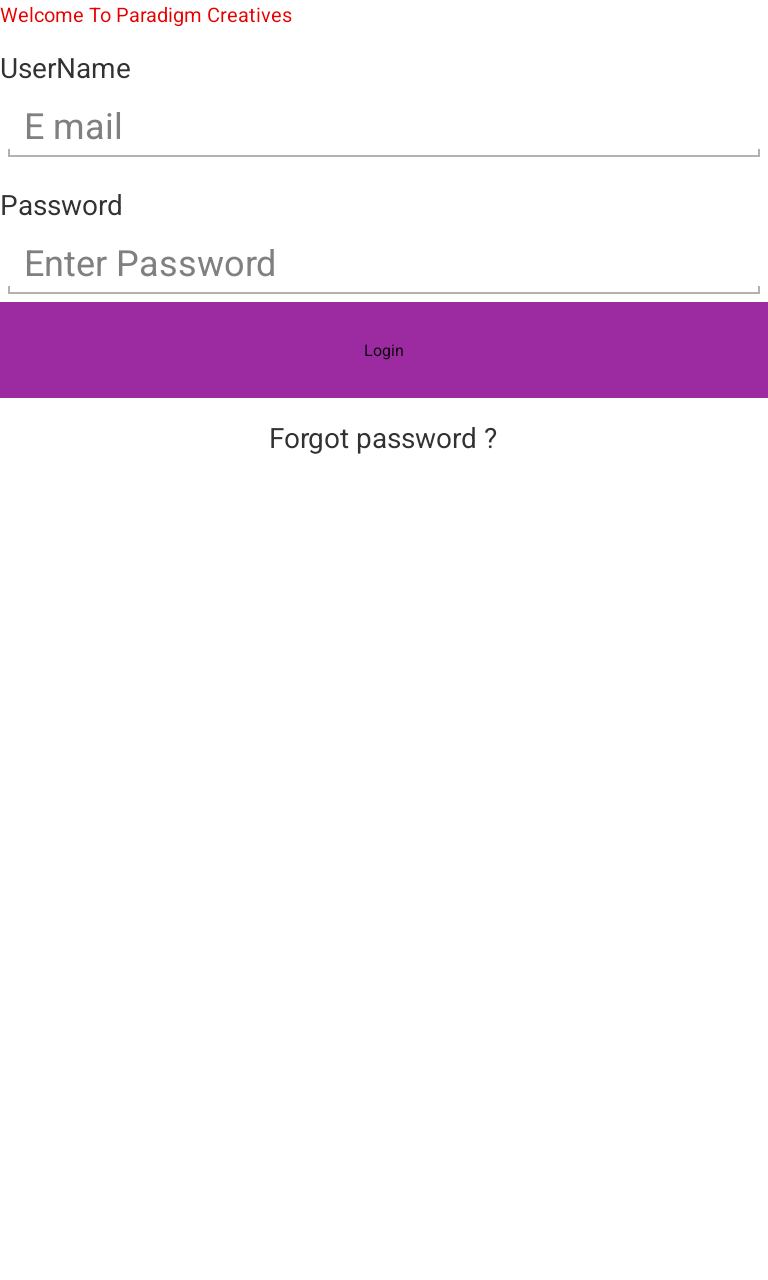
Repository: harishkumar93/harish_AndroidTraining2014
Layout: Exam/WeatherReport/res/layout/login.xml
The author's editor kept a copy of each file at every save. The layout is drawn from the files as they stood at one save, then again after the next save.
It is drawn on a 768 x 1280 px phone screen (xhdpi) without system bars, with theme AppTheme; the app's code is not run.

Above is the layout before, as saved 2014-10-06 10:13:48.

### Exam/WeatherReport/res/layout/login.xml
<?xml version="1.0" encoding="utf-8"?>
<LinearLayout xmlns:android="http://schemas.android.com/apk/res/android"
    android:layout_width="match_parent"
    android:layout_height="match_parent"
    android:orientation="vertical" >

    <TextView android:layout_width="match_parent"
        android:layout_height="wrap_content"
        android:text="@string/title_txt"
        android:textSize="10sp"
        android:textColor="#E60000"/>

    <TextView android:layout_width="wrap_content"
        android:layout_height="wrap_content"
        android:text="@string/userName_txt"
        android:layout_marginTop="10dp" />

    <EditText android:layout_width="match_parent"
        android:layout_height="wrap_content"
        android:id="@+id/username_edt"
        android:hint="@string/userName_hint"/>

     <TextView android:layout_width="wrap_content"
        android:layout_height="wrap_content"
        android:text="@string/passWord_txt"
        android:layout_marginTop="10dp" />

    <EditText android:layout_width="match_parent"
        android:layout_height="wrap_content"
        android:id="@+id/password_edt"
        android:hint="@string/passWord_hint"/>

    <Button android:layout_width="match_parent"
        android:layout_height="wrap_content"
        android:id="@+id/login_btn"
        android:text="@string/login_txt"
        android:background="#9C2AA0"
        android:textSize="8dp"/>

    <TextView android:layout_width="wrap_content"
        android:layout_height="wrap_content"
        android:text="@string/forgot_txt"
        android:layout_marginTop="10dp"
        android:layout_gravity="center"/>





</LinearLayout>

### Exam/WeatherReport/res/values/strings.xml
<resources>

    <string name="app_name">WeatherReport</string>
    <string name="cityName_hint">Enter City Name</string>
    <string name="cityName_txt">City Name :</string>
    <string name="userName_txt">UserName</string>
    <string name="userName_hint">E mail</string>
    <string name="passWord_txt">Password</string>
    <string name="forgot_txt">Forgot password ?</string>
    <string name="login_txt">Login</string>
    <string name="passWord_hint">Enter Password</string>
    <string name="title_txt">Welcome To Paradigm Creatives</string>


</resources>

Loaded but not shown: Exam/WeatherReport/res/values/styles.xml (common file); Exam/WeatherReport/res/values-v11/styles.xml (common file); Exam/WeatherReport/res/values-v14/styles.xml (common file)

After the next save:
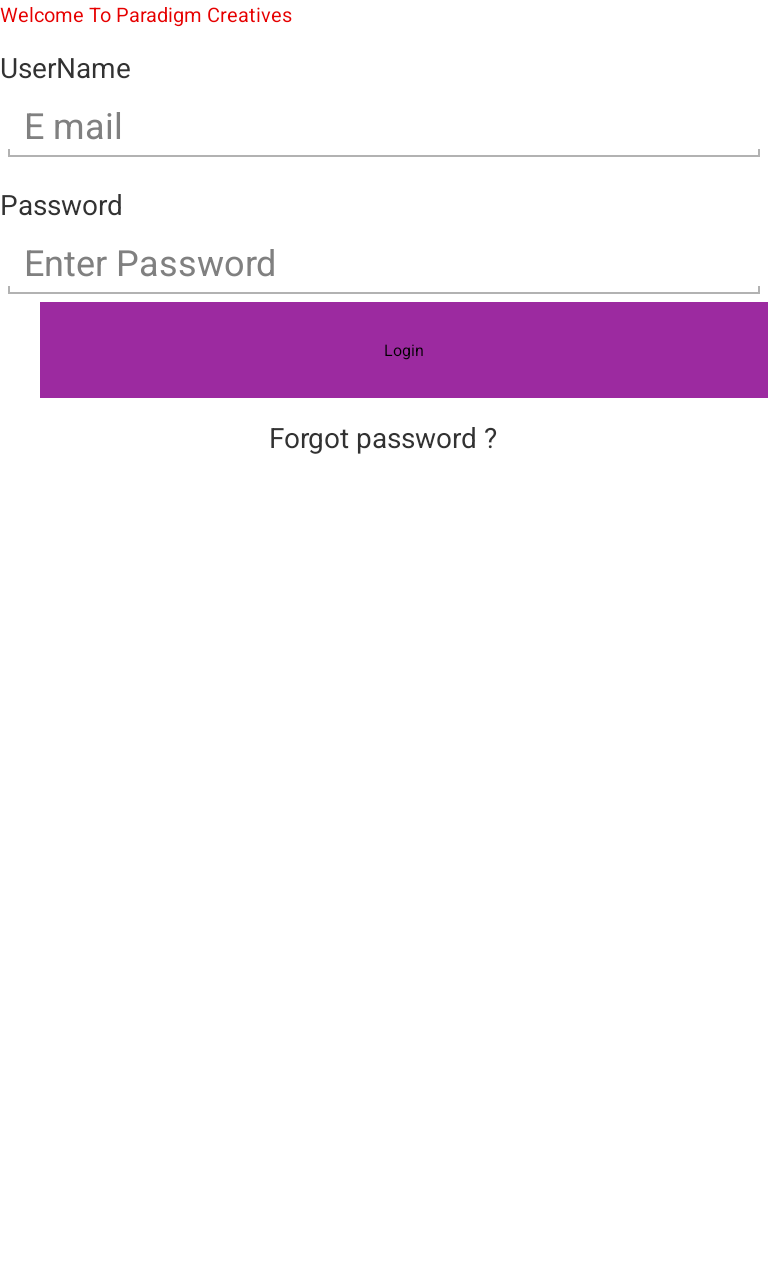
Saved 22 s later.
--- a/Exam/WeatherReport/res/layout/login.xml
+++ b/Exam/WeatherReport/res/layout/login.xml
@@ -35,7 +35,8 @@
         android:id="@+id/login_btn"
         android:text="@string/login_txt"
         android:background="#9C2AA0"
-        android:textSize="8dp"/>
+        android:textSize="8dp"
+        android:layout_marginLeft="20dp"/>
 
     <TextView android:layout_width="wrap_content"
         android:layout_height="wrap_content"
